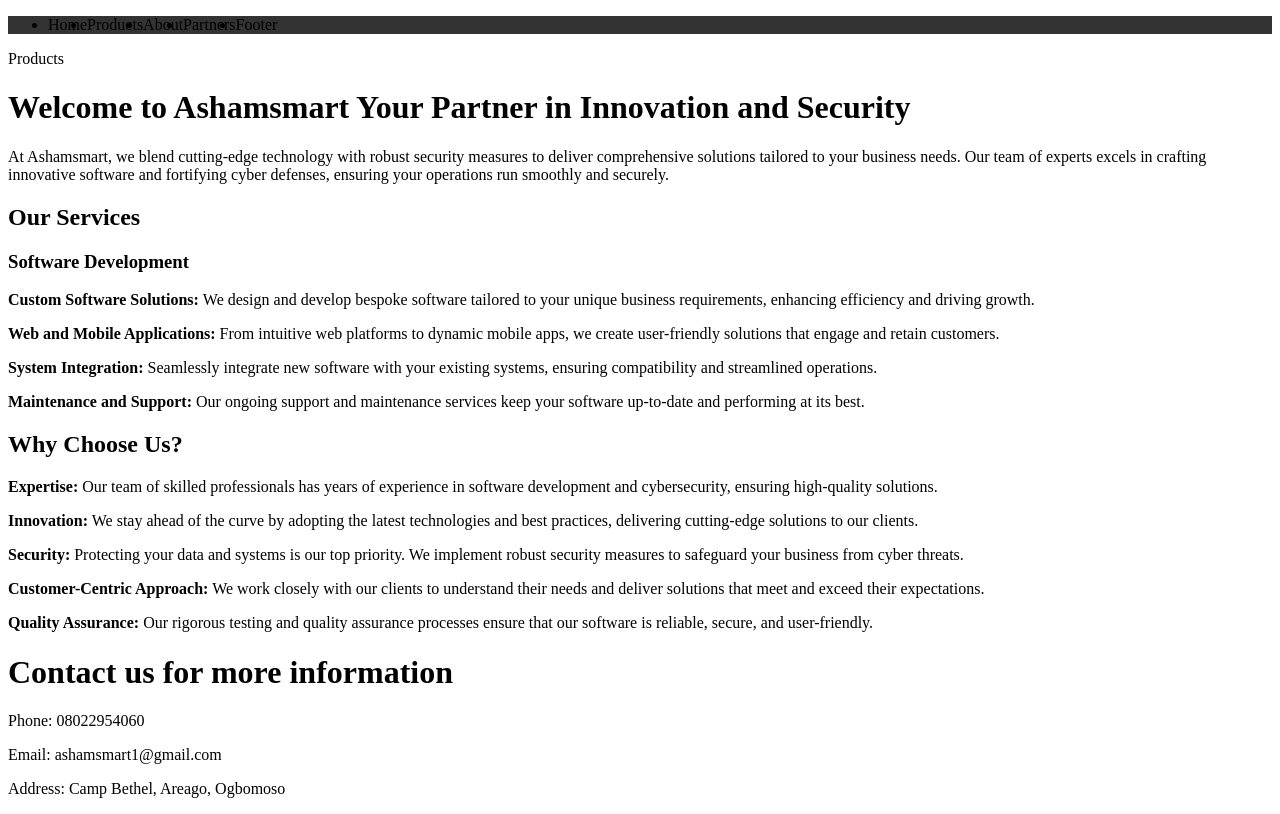
Repository: Alphosmart/firstassignment
Page: /
These files come from the project's save history. The page is drawn as it stood at one moment and after the next save; the edit follows.
The browser window is 1280 px wide. The pictures show the whole page.
The project was rebuilt for these pictures with package versions that can differ from the ones it lists, and the page was loaded fresh each time. Also part of the build but not shown: vite.config.js.

Above is the page before, as saved 2024-08-12 18:13:17.

### src/App.jsx
// import React from 'react'

import Navigation from './components/Navigation/Navigation';
// import HeroSection from './components/Herosection/HeroSection';
import Products from './components/Products/Products';
import About from './components/Navigation/About/About';
import Partners from './components/Partners/Partners';

const App = () => {
  return (
    <>
      <Navigation />
      {/* <HeroSection /> */}
      <Products />
      <About />
      <Partners />
    </>
  );
};

export default App;

### src/index.css
/* * {
  margin: 0;
  padding: 0;
  box-sizing: border-box;
} */

.navbar {
  display: flex;
  /* justify-content: space-between; */
  align-items: center;
  background-color: #333;
  /* padding: 10px 20px; */
}

/* Logo Styling */
.logo {
  color: white;
  font-size: 24px;
  font-weight: bold;
}

### src/components/Navigation/Navigation.jsx
// import React from 'react'

const Navigation = () => {
  return (
    <>
      <ul className="navbar">
        <li>Home</li>
        <li>Products</li>
        <li>About</li>
        <li>Partners</li>
        <li>Footer</li>
      </ul>
    </>
  );
};

export default Navigation;

### src/components/Products/Products.jsx
// import React from 'react'

const Products = () => {
  return <div>Products</div>;
};

export default Products;

### src/components/Navigation/About/About.jsx
// import React from 'react';

const Whatwedo = () => {
  return (
    <>
      <div>
        <h1>Welcome to Ashamsmart Your Partner in Innovation and Security</h1>
        <p>
          At Ashamsmart, we blend cutting-edge technology with robust security
          measures to deliver comprehensive solutions tailored to your business
          needs. Our team of experts excels in crafting innovative software and
          fortifying cyber defenses, ensuring your operations run smoothly and
          securely.
        </p>

        <h2>Our Services</h2>
        <h3>Software Development</h3>
        <p>
          <b>Custom Software Solutions: </b>We design and develop bespoke
          software tailored to your unique business requirements, enhancing
          efficiency and driving growth.
          <p>
            <b>Web and Mobile Applications:</b> From intuitive web platforms to
            dynamic mobile apps, we create user-friendly solutions that engage
            and retain customers.
          </p>
          <p>
            <b>System Integration:</b> Seamlessly integrate new software with
            your existing systems, ensuring compatibility and streamlined
            operations.
          </p>
          <p>
            <b>Maintenance and Support:</b> Our ongoing support and maintenance
            services keep your software up-to-date and performing at its best.
          </p>
        </p>

        <h2>Why Choose Us?</h2>
        <p>
          <b>Expertise:</b> Our team of skilled professionals has years of
          experience in software development and cybersecurity, ensuring
          high-quality solutions.
        </p>
        <p>
          <b>Innovation:</b> We stay ahead of the curve by adopting the latest
          technologies and best practices, delivering cutting-edge solutions to
          our clients.
        </p>
        <p>
          <b>Security:</b> Protecting your data and systems is our top priority.
          We implement robust security measures to safeguard your business from
          cyber threats.
        </p>
        <p>
          <b>Customer-Centric Approach:</b> We work closely with our clients to
          understand their needs and deliver solutions that meet and exceed
          their expectations.
        </p>
        <p>
          <b>Quality Assurance:</b> Our rigorous testing and quality assurance
          processes ensure that our software is reliable, secure, and
          user-friendly.
        </p>
      </div>
    </>
  );
};

export default Whatwedo;

### src/components/Partners/Partners.jsx
// import React from 'react';

const Info = () => {
  return (
    <>
      <div>
        <h1>Contact us for more information</h1>
        <p>Phone: 08022954060</p>
        <p>Email: ashamsmart1@gmail.com</p>
        <p>Address: Camp Bethel, Areago, Ogbomoso</p>
      </div>
    </>
  );
};

export default Info;

Loaded but not shown: index.html (common file); src/main.jsx (common file)

After the next save:
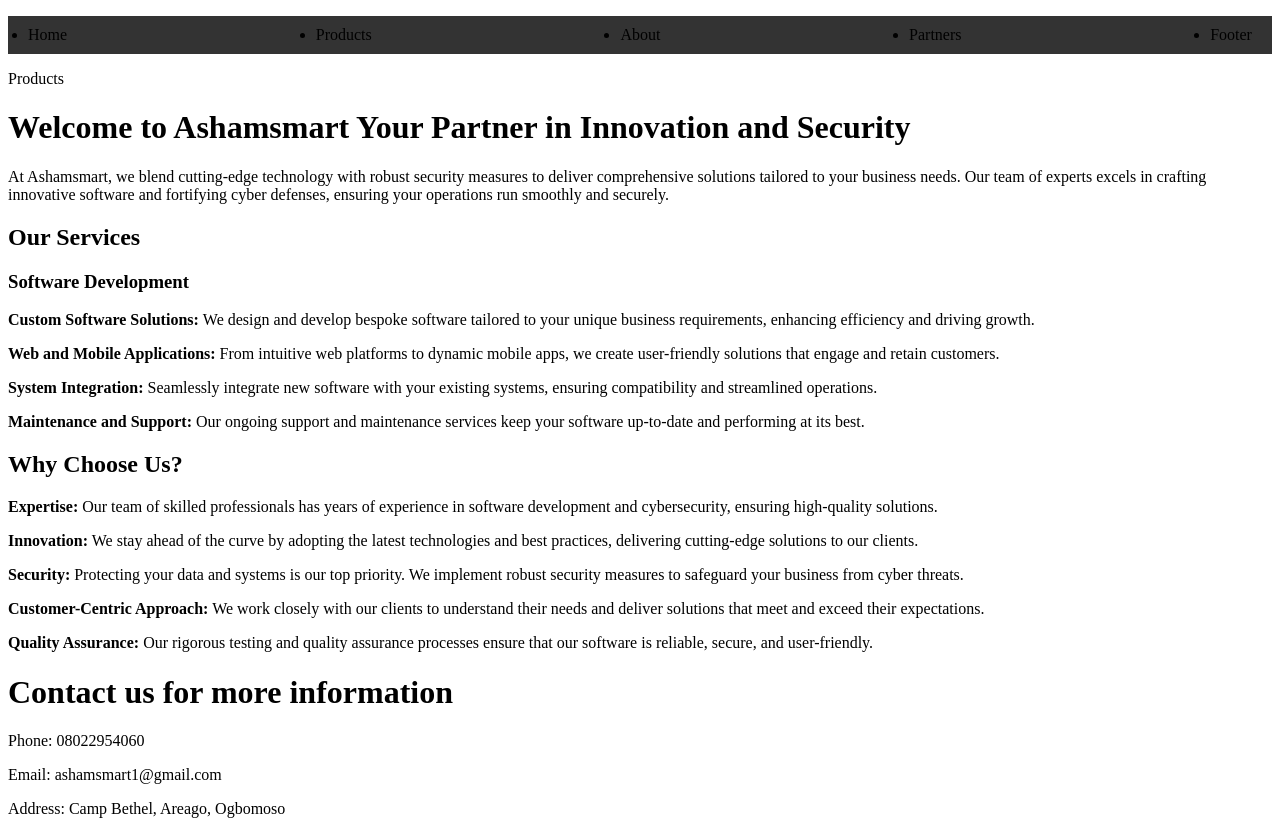
Saved 16 s later.
--- a/src/index.css
+++ b/src/index.css
@@ -6,10 +6,10 @@
 
 .navbar {
   display: flex;
-  /* justify-content: space-between; */
+  justify-content: space-between;
   align-items: center;
   background-color: #333;
-  /* padding: 10px 20px; */
+  padding: 10px 20px;
 }
 
 /* Logo Styling */

After the save that followed:
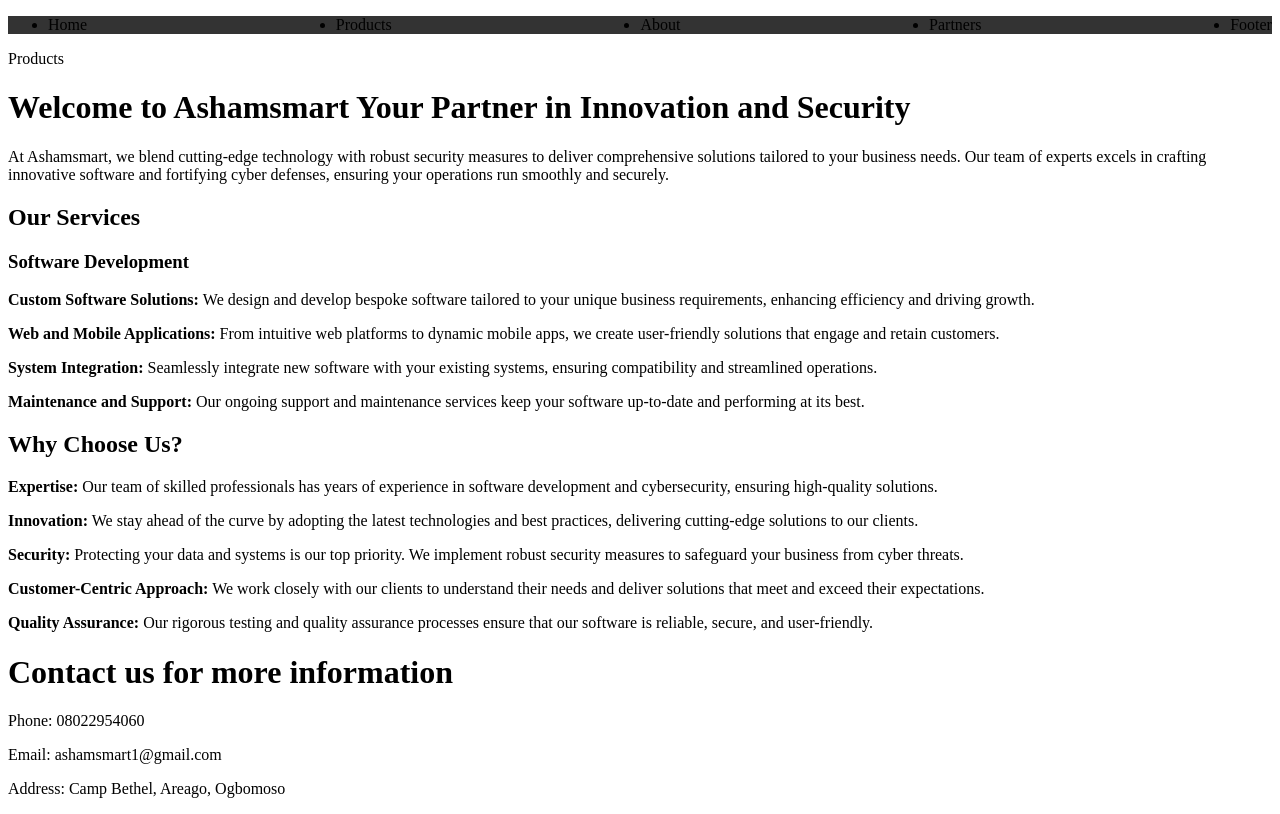
Saved 13 s later.
--- a/src/index.css
+++ b/src/index.css
@@ -9,7 +9,7 @@
   justify-content: space-between;
   align-items: center;
   background-color: #333;
-  padding: 10px 20px;
+  /* padding: 10px 20px; */
 }
 
 /* Logo Styling */
